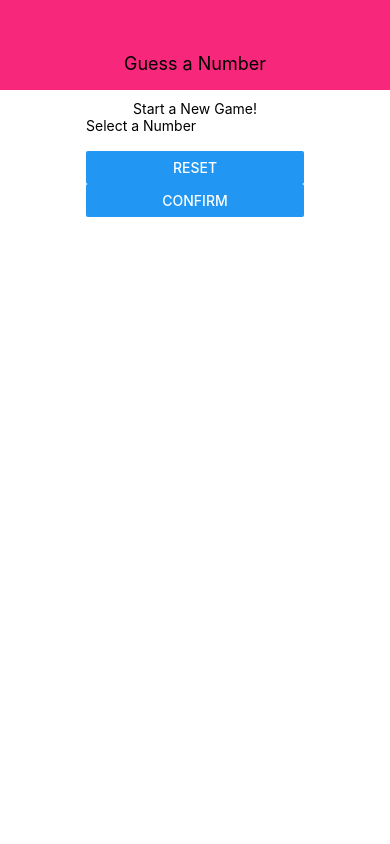
Repository: ChidiChuks/rn-second-project
Screen: / (app in second-project/)
The author's editor kept a copy of each file at every save. The screen is drawn from the files as they stood at one save, then again after the next save.
The app was drawn by React Native's web renderer in a window 390 px wide. The project was rebuilt for these pictures with package versions that can differ from the ones it lists, and the page was loaded fresh each time.

Above is the screen before, as saved 2019-10-23 13:10:37.

After the next save:
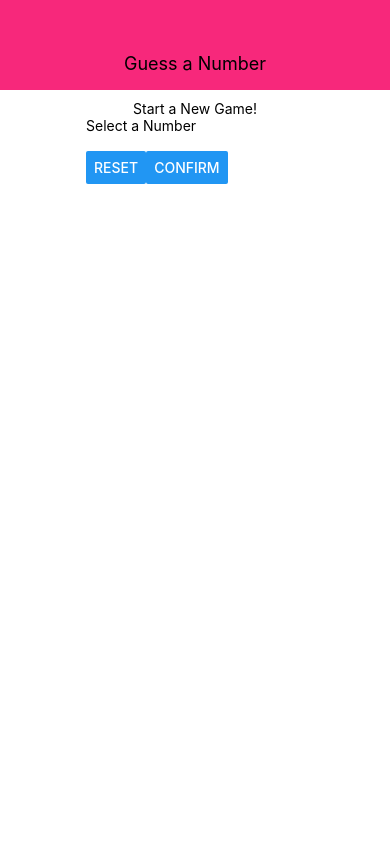
Saved 52 s later.
--- a/second-project/screens/StartGameScreen.js
+++ b/second-project/screens/StartGameScreen.js
@@ -31,7 +31,8 @@ const styles = StyleSheet.create({
 
   },
   buttonContainer: {
-
+    flexDirection: 'row',
+    width: '100%'
   }
 });
 
